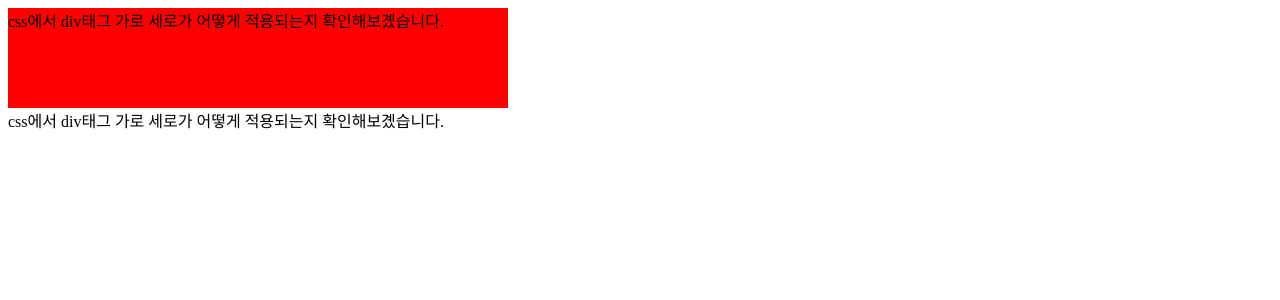
Repository: jeemaru/htme_01
Page: css_02/ex_01.html
An editor plug-in stored every save of this project. The page is shown before and after the next save, followed by the edit.
The browser window is 1280 px wide. The pictures show the whole page.

Above is the page before, as saved 2022-04-07 01:07:03.

After the next save:
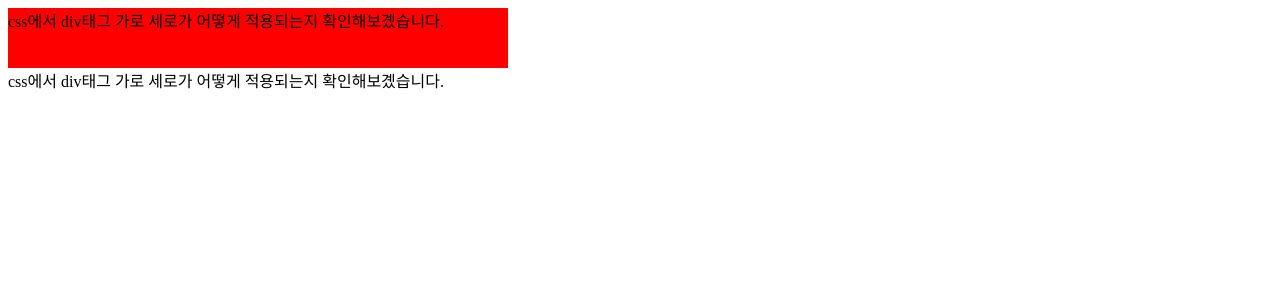
Saved 9 s later.
--- a/css_02/ex_01.html
+++ b/css_02/ex_01.html
@@ -10,7 +10,7 @@
 
         	.box-red {background-color: #ff0000;
         			  width: 500px;
-        			  height: 100px;}
+        			  height: 60px;}
         	.box-blue {}
 
         </style>
